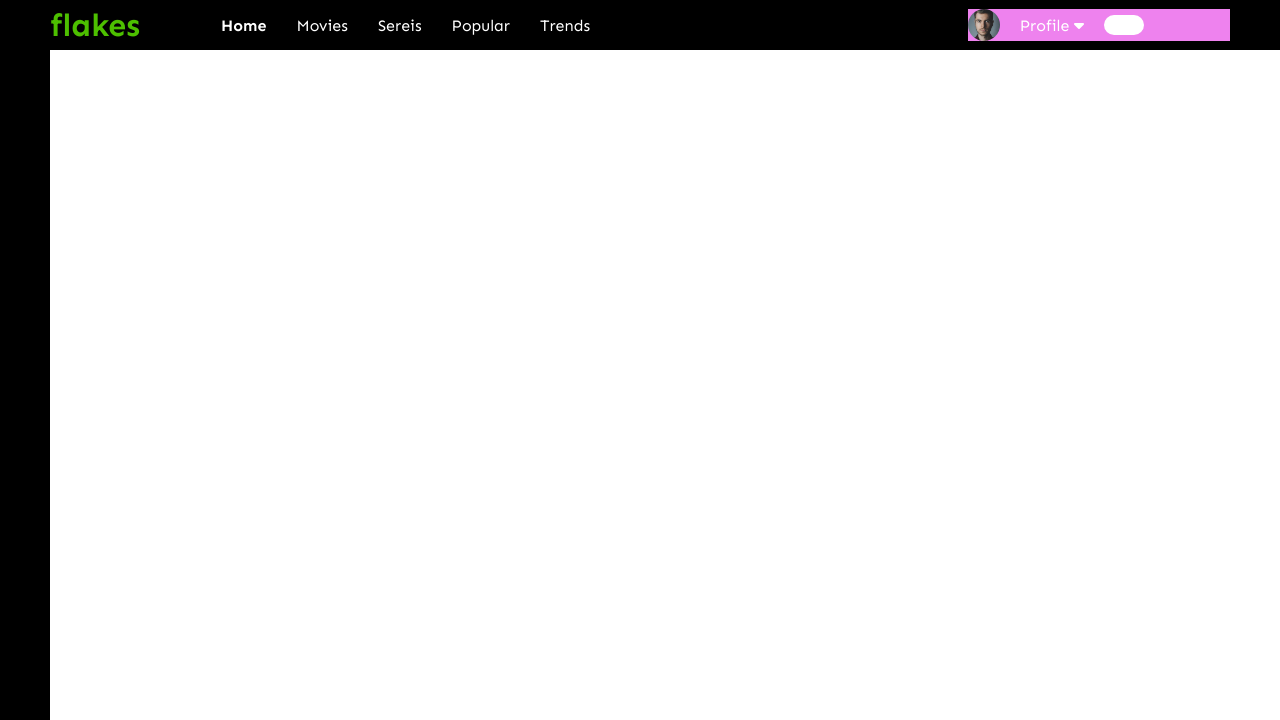
Repository: JulyK9/Movie-Website
Page: index.html
The author's editor kept a copy of each file at every save. The page is drawn from the files as they stood at one save, then again after the next save.
The browser window is 1280 px wide. The pictures show the whole page.
Some web libraries are served in a nearby version.

Above is the page before, as saved 2022-07-03 18:06:46.

After the next save:
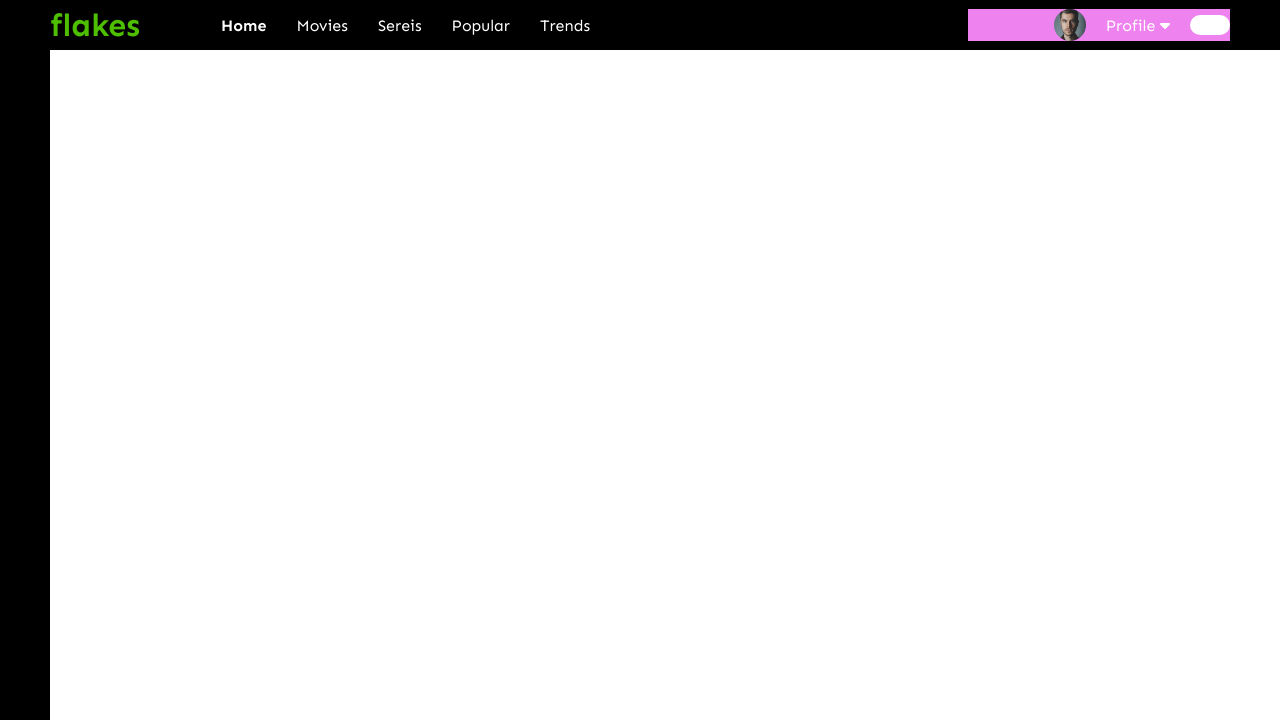
Saved 7 s later.
--- a/style.css
+++ b/style.css
@@ -56,7 +56,7 @@ body {
     display: flex;
     align-items: center;
     background-color: violet;
-    justify-content: ;
+    justify-content: flex-end;
 }
 
 .profile-picture {
